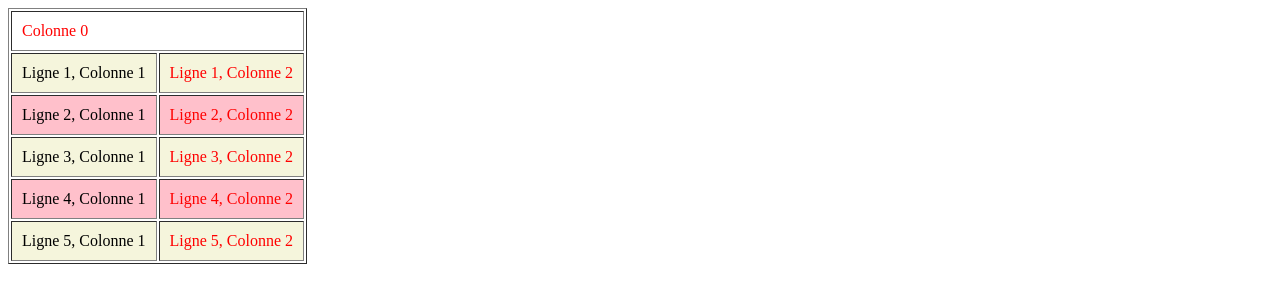
Repository: Chaimaa482/web-tp4
Page: ex1.html
An editor plug-in stored every save of this project. The page is shown before and after the next save, followed by the edit.
The browser window is 1280 px wide. The pictures show the whole page.

Above is the page before, as saved 2023-10-22 15:56:52.

After the next save:
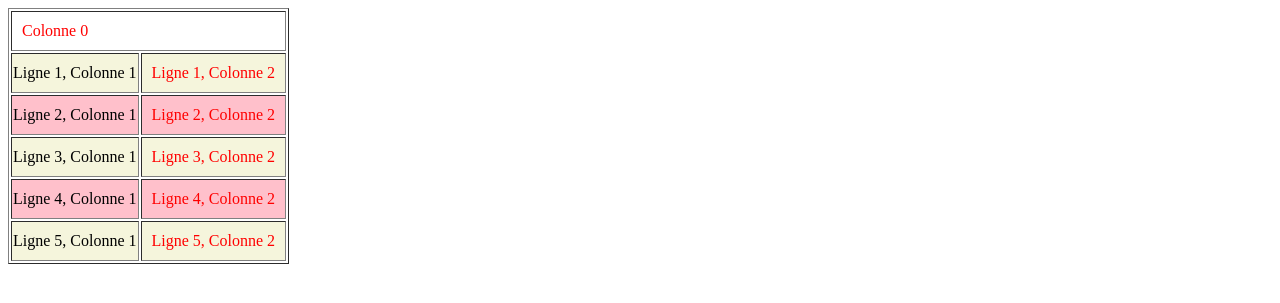
Saved 9 s later.
--- a/ex1.html
+++ b/ex1.html
@@ -60,10 +60,10 @@
             }
         }
 
-        // Augmenter le padding de toutes les cellules sauf celles de la première ligne
-        for (var i = 1; i < cells.length; i++) {
-            cells[i].style.padding = "10px";
-        }
+        // // Augmenter le padding de toutes les cellules sauf celles de la première ligne
+        // for (var i = 1; i < cells.length; i++) {
+        //     cells[i].style.padding = "10px";
+        // }
     </script>
 </body>
 </html>
